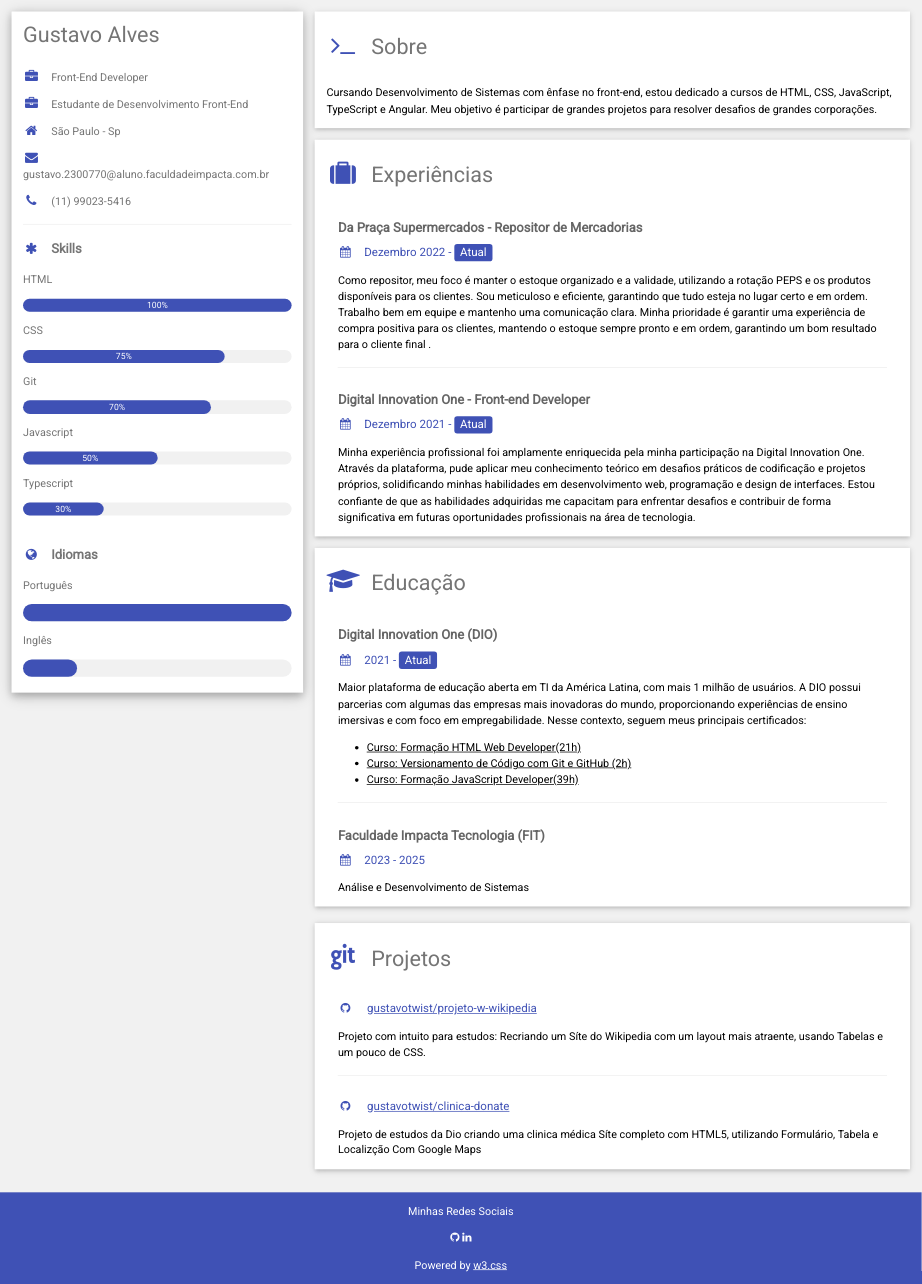
Repository: gustavotwist/cv
Page: index.html
These files come from the project's save history. The page is drawn as it stood at one moment and after a run of saves; the edit follows.
The browser window is 1280 px wide. The pictures show the whole page, at 72% of full size.

Above is the page before, as saved 2024-06-19 22:41:51.

### index.html
<!DOCTYPE html>
<!-- @falvojr: Reference article https://www.w3schools.com/howto/howto_website_create_resume.asp -->
<!-- @falvojr: Useful link to use fontawesome (fa) icons: https://fontawesome.com/v4/icons/ -->
<html lang="pt-BR">

  <head>
    <title>Gustavo Alves</title>

    <meta http-equiv="Content-Type" content="text/html; charset=UTF-8">
    <meta name="viewport" content="width=device-width, initial-scale=1">

    <link rel="stylesheet" href="https://www.w3schools.com/w3css/4/w3.css">
    <link rel='stylesheet' href='https://fonts.googleapis.com/css?family=Roboto'>
    <link rel="stylesheet" href="https://cdnjs.cloudflare.com/ajax/libs/font-awesome/4.7.0/css/font-awesome.min.css">

    <style>
      html,body,h1,h2,h3,h4,h5,h6 {font-family: "Roboto", sans-serif}
    </style>

  </head>

  <body class="w3-light-grey" cz-shortcut-listen="true">

    <!-- Page Container -->
    <div class="w3-content w3-margin-top" style="max-width:1400px;">

      <!-- The Grid -->
      <div class="w3-row-padding">

        <!-- Left Column -->
        <div class="w3-third">

          <div class="w3-white w3-text-grey w3-card-4">
            <!-- @falvojr: This container has been modified to not use a profile picture. -->
            <div class="w3-container">
              <h2>Gustavo Alves</h2>
            </div>
            <div class="w3-container">
              <p><i class="fa fa-briefcase fa-fw w3-margin-right w3-large w3-text-indigo"></i>Front-End Developer</p>
              <p><i class="fa fa-briefcase fa-fw w3-margin-right w3-large w3-text-indigo"></i>Estudante de Desenvolvimento Front-End</p>
              <p><i class="fa fa-home fa-fw w3-margin-right w3-large w3-text-indigo"></i>São Paulo - Sp</p>
              <p><i class="fa fa-envelope fa-fw w3-margin-right w3-large w3-text-indigo"></i>gustavo.2300770@aluno.faculdadeimpacta.com.br</p>
              <p><i class="fa fa-phone fa-fw w3-margin-right w3-large w3-text-indigo"></i>(11) 99023-5416</p>
              <hr>

              <p class="w3-large">
                <b><i class="fa fa-asterisk fa-fw w3-margin-right w3-text-indigo"></i>Skills</b>
              </p>
              <p>HTML</p>
              <div class="w3-light-grey w3-round-xlarge w3-small">
                <div class="w3-container w3-center w3-round-xlarge w3-indigo" style="width:100%">100%</div>
              </div>
              <p>CSS</p>
              <div class="w3-light-grey w3-round-xlarge w3-small">
                <div class="w3-container w3-center w3-round-xlarge w3-indigo" style="width:75%">75%</div>
              </div>
              <p>Git</p>
              <div class="w3-light-grey w3-round-xlarge w3-small">
                <div class="w3-container w3-center w3-round-xlarge w3-indigo" style="width:70%">70%</div>
              </div>
              <p>Javascript</p>
              <div class="w3-light-grey w3-round-xlarge w3-small">
                <div class="w3-container w3-center w3-round-xlarge w3-indigo" style="width:50%">50%</div>
              </div>
              <p>Typescript</p>
              <div class="w3-light-grey w3-round-xlarge w3-small">
                <div class="w3-container w3-center w3-round-xlarge w3-indigo" style="width:30%">30%</div>
              </div>
              <br>
              <p class="w3-large w3-text-theme">
                <b><i class="fa fa-globe fa-fw w3-margin-right w3-text-indigo"></i>Idiomas</b>
              </p>
              <p>Português</p>
              <div class="w3-light-grey w3-round-xlarge">
                <div class="w3-round-xlarge w3-indigo" style="height:24px;width:100%"></div>
              </div>
              <p>Inglês</p>
              <div class="w3-light-grey w3-round-xlarge">
                <div class="w3-round-xlarge w3-indigo" style="height:24px;width:20%"></div>
              </div>
              <br>
            </div>
          </div><br>

          <!-- End Left Column -->
        </div>

        <!-- Right Column -->
        <div class="w3-twothird">

          <div class="w3-container w3-card w3-white w3-margin-bottom">
            <h2 class="w3-text-grey w3-padding-16"><i class="fa fa-terminal fa-fw w3-margin-right w3-xxlarge w3-text-indigo"></i>Sobre</h2>
            <p>Cursando Desenvolvimento de Sistemas com ênfase no front-end, estou dedicado a cursos de HTML, CSS, JavaScript, TypeScript e Angular. Meu objetivo é participar de grandes projetos para resolver desafios de grandes corporações.</p>
          </div>

          <div class="w3-container w3-card w3-white w3-margin-bottom">
            <h2 class="w3-text-grey w3-padding-16">
              <i class="fa fa-suitcase fa-fw w3-margin-right w3-xxlarge w3-text-indigo"></i>Experiências
            </h2>
            <div class="w3-container">
              <h5 class="w3-opacity"><b>Da Praça Supermercados - Repositor de Mercadorias</b></h5>
              <h6 class="w3-text-indigo"><i class="fa fa-calendar fa-fw w3-margin-right"></i>Dezembro 2022 - <span class="w3-tag w3-indigo w3-round">Atual</span></h6>
              <p>Como repositor, meu foco é manter o estoque organizado e a validade, utilizando a rotação PEPS e os produtos disponíveis para os clientes. Sou meticuloso e eficiente, garantindo que tudo esteja no lugar certo e em ordem. Trabalho bem em equipe e mantenho uma comunicação clara. Minha prioridade é garantir uma experiência de compra positiva para os clientes, mantendo o estoque sempre pronto e em ordem, garantindo um bom resultado para o cliente final .</p>
              <hr>
            </div>
            <div class="w3-container">
              <h5 class="w3-opacity"><b>Digital Innovation One - Front-end Developer</b></h5>
                <h6 class="w3-text-indigo"><i class="fa fa-calendar fa-fw w3-margin-right"></i>Dezembro 2021 - <span class="w3-tag w3-indigo w3-round">Atual</span></h6>
                <p>
                    Minha experiência profissional foi amplamente enriquecida pela minha participação na Digital Innovation One. Através da plataforma, pude aplicar meu conhecimento teórico em desafios práticos de codificação e projetos próprios, solidificando minhas habilidades em desenvolvimento web, programação e design de interfaces. Estou confiante de que as habilidades adquiridas me capacitam para enfrentar desafios e contribuir de forma significativa em futuras oportunidades profissionais na área de tecnologia.
                </p>

            </div>
          </div>

          <div class="w3-container w3-card w3-white">
            <h2 class="w3-text-grey w3-padding-16">
              <i class="fa fa-graduation-cap fa-fw w3-margin-right w3-xxlarge w3-text-indigo"></i>Educação
            </h2>
            <div class="w3-container">
              <h5 class="w3-opacity"><b>Digital Innovation One (DIO)</b></h5>
              <h6 class="w3-text-indigo"><i class="fa fa-calendar fa-fw w3-margin-right"></i>2021 - <span class="w3-tag w3-indigo w3-round">Atual</span></h6>
              <p>
                Maior plataforma de educação aberta em TI da América Latina, com mais 1 milhão de usuários.
                A DIO possui parcerias com algumas das empresas mais inovadoras do mundo, proporcionando experiências
                de ensino imersivas e com foco em empregabilidade. Nesse contexto, seguem meus principais certificados:
              </p>
              <ul>
                <li><a href="https://www.dio.me/certificate/VDSNYTO5" target="_blank">Curso: Formação HTML Web Developer(21h)</a></li>
                <li><a href="https://www.dio.me/certificate/EA66CA6A" target="_blank">Curso: Versionamento de Código com Git e GitHub (2h)</a></li>
                <li><a href="https://www.dio.me/certificate/OST0WIWG" target="_blank">Curso: Formação JavaScript Developer(39h)</a></li>
              </ul>
              <hr>
            </div>
            <div class="w3-container">
              <h5 class="w3-opacity"><b>Faculdade Impacta Tecnologia (FIT)</b></h5>
              <h6 class="w3-text-indigo"><i class="fa fa-calendar fa-fw w3-margin-right"></i>2023 - 2025</h6>
              <p>Análise e Desenvolvimento de Sistemas</p>
            </div>
          </div><br>
          <div class="w3-container w3-card w3-white w3-margin-bottom">
            <h2 class="w3-text-grey w3-padding-16">
              <i class="fa fa-git fa-fw w3-margin-right w3-xxlarge w3-text-indigo"></i>Projetos
            </h2>
            <div class="w3-container">
              <h6 class="w3-text-indigo">
                <i class="fa fa-github fa-fw w3-margin-right"></i>
                <a href="https://github.com/gustavotwist/projeto-w-wikipedia" target="_blank">gustavotwist/projeto-w-wikipedia</a>
              </h6>
              <p>Projeto com intuito para estudos: Recriando um Síte do Wikipedia com um layout mais atraente, usando Tabelas e um pouco de CSS.</p>
              <hr>
            </div>
            <div class="w3-container">
              <h6 class="w3-text-indigo">
                <i class="fa fa-github fa-fw w3-margin-right"></i>
                <a href="https://github.com/gustavotwist/clinica-donate" target="_blank">gustavotwist/clinica-donate</a>
              </h6>
              <p>Projeto de estudos da Dio criando uma clinica médica Síte completo com HTML5, utilizando Formulário, Tabela e Localizção Com Google Maps</p>
            </div>
          </div>

          <!-- End Right Column -->
        </div>

        <!-- End Grid -->
      </div>

      <!-- End Page Container -->
    </div>

    <footer class="w3-container w3-indigo w3-center w3-margin-top">
      <p>Minhas Redes Sociais</p>
      <a href="https://github.com/gustavotwist" target="_blank"><i class="fa fa-github w3-hover-opacity"></i></a>
      <a href="https://www.linkedin.com/in/gustavoalves7/" target="_blank"><i class="fa fa-linkedin w3-hover-opacity"></i></a>
      <p>Powered by <a href="https://www.w3schools.com/w3css/default.asp" target="_blank">w3.css</a></p>
    </footer>

  </body>

</html>

After the next 2 saves:
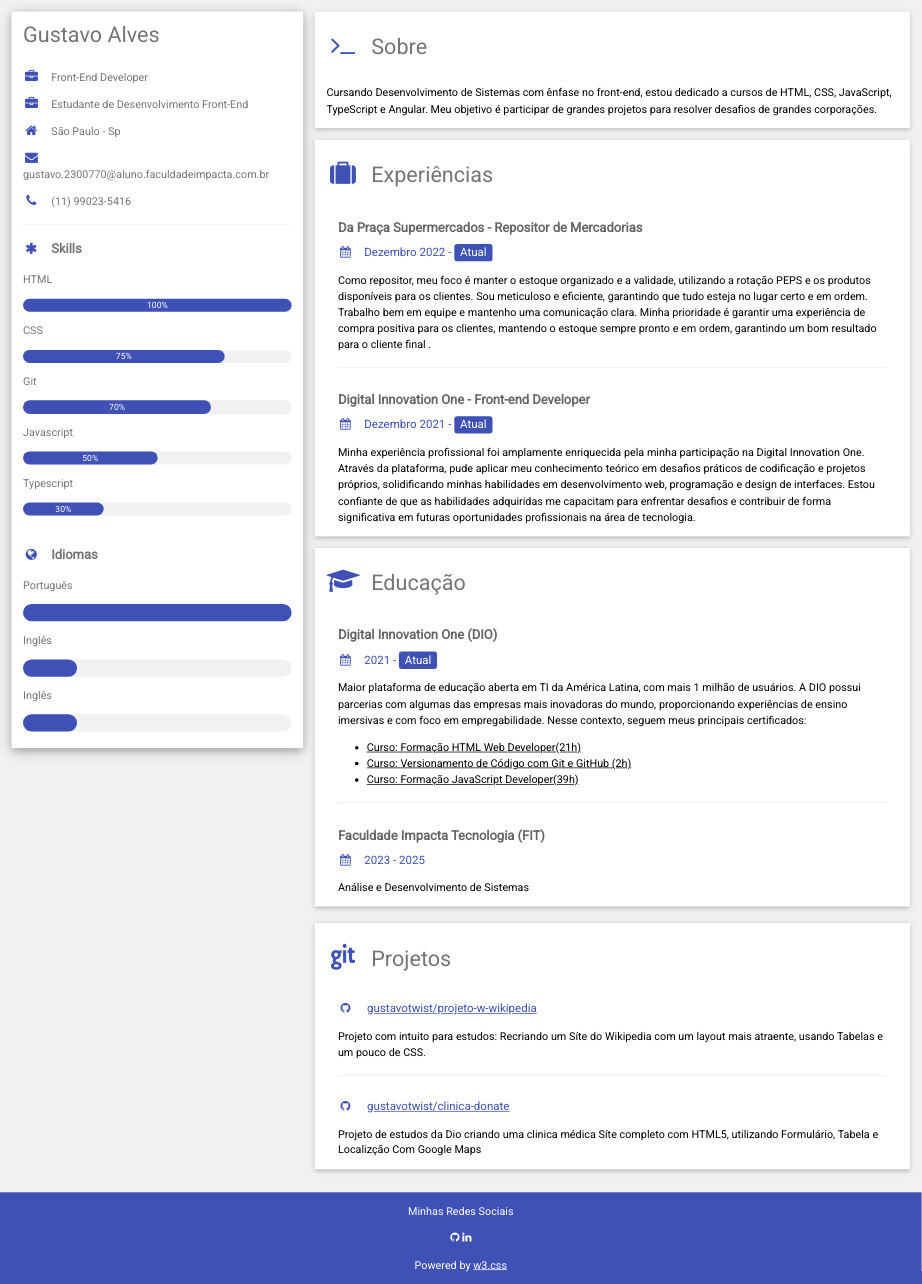
The 2 saves are shown as one change because they came seconds apart.
The last was saved 2 min 43 s later.
--- a/index.html
+++ b/index.html
@@ -73,6 +73,10 @@
               <p>Português</p>
               <div class="w3-light-grey w3-round-xlarge">
                 <div class="w3-round-xlarge w3-indigo" style="height:24px;width:100%"></div>
+              </div>
+              <p>Inglês</p>
+              <div class="w3-light-grey w3-round-xlarge">
+                <div class="w3-round-xlarge w3-indigo" style="height:24px;width:20%"></div>
               </div>
               <p>Inglês</p>
               <div class="w3-light-grey w3-round-xlarge">
